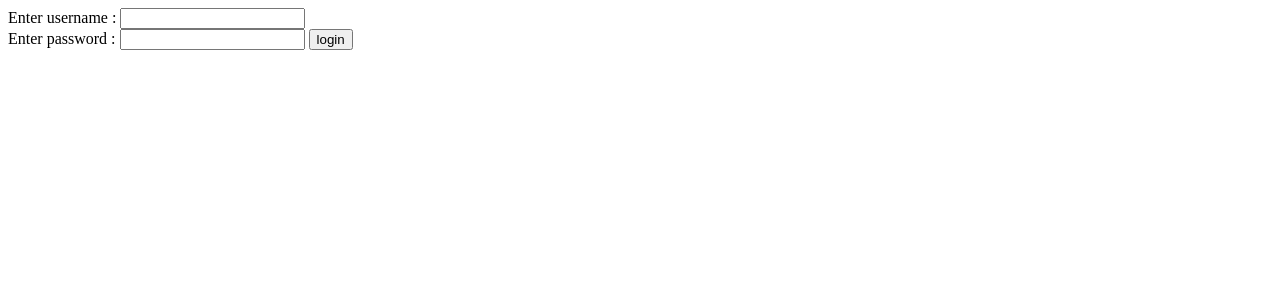
Repository: diazagasatya/NeuralNetwork
Page: http://localhost/FindAFriend/login.jsp
The author's editor kept a copy of each file at every save. The page is drawn from the files as they stood at one save, then again after the next save.
The browser window is 1280 px wide. The pictures show the whole page.
The page is served by Tomcat 9.

Above is the page before, as saved 2017-11-13 22:16:55.

### eclipse-workspace/FindAFriend/WebContent/login.jsp
<%@ page language="java" contentType="text/html; charset=UTF-8"
    pageEncoding="UTF-8"%>
<!DOCTYPE html PUBLIC "-//W3C//DTD HTML 4.01 Transitional//EN" "http://www.w3.org/TR/html4/loose.dtd">
<html>
<head>
<meta http-equiv="Content-Type" content="text/html; charset=UTF-8">
<title>Insert title here</title>
</head>
<body>

	<form action="Login">
		Enter username	: <input type="text" name="uname"><br>
		Enter password 	: <input type="password" name="pass"<br>
		<input type="submit" value="login">
	</form>


</body>
</html>

After the next save:
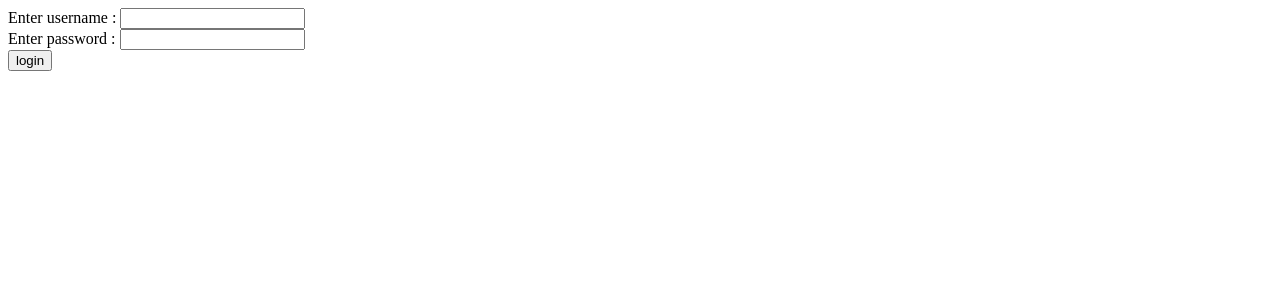
Saved 53 s later.
--- a/eclipse-workspace/FindAFriend/WebContent/login.jsp
+++ b/eclipse-workspace/FindAFriend/WebContent/login.jsp
@@ -10,7 +10,7 @@
 
 	<form action="Login">
 		Enter username	: <input type="text" name="uname"><br>
-		Enter password 	: <input type="password" name="pass"<br>
+		Enter password 	: <input type="password" name="pass"><br>
 		<input type="submit" value="login">
 	</form>
 
